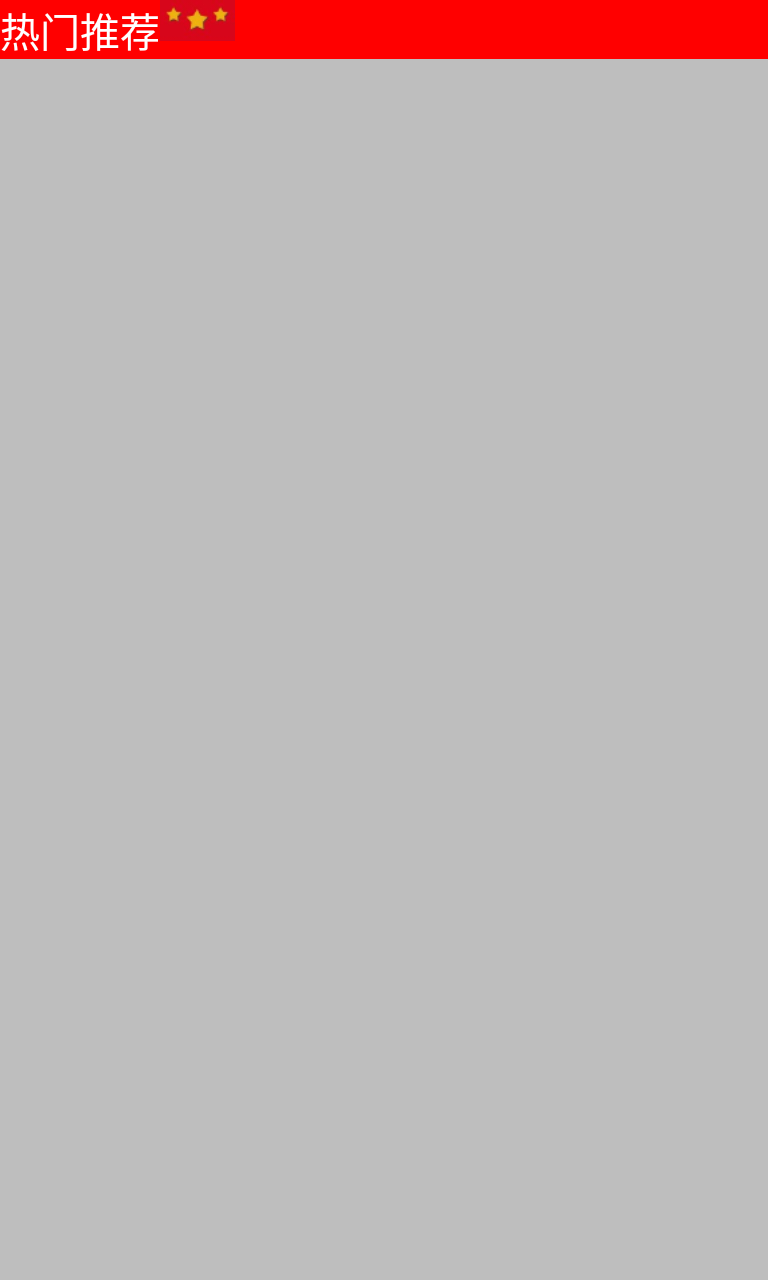
Repository: hhxiaojQCS/QCS_ListView
Layout: QCS/res/layout/activity_toprecommended.xml
The author's editor kept a copy of each file at every save. The layout is drawn from the files as they stood at one save, then again after the next save.
It is drawn on a 768 x 1280 px phone screen (xhdpi) without system bars, with theme AppTheme; the app's code is not run. Lists and similar views that code fills are empty.

Above is the layout before, as saved 2013-08-07 06:42:15.

After the next save:
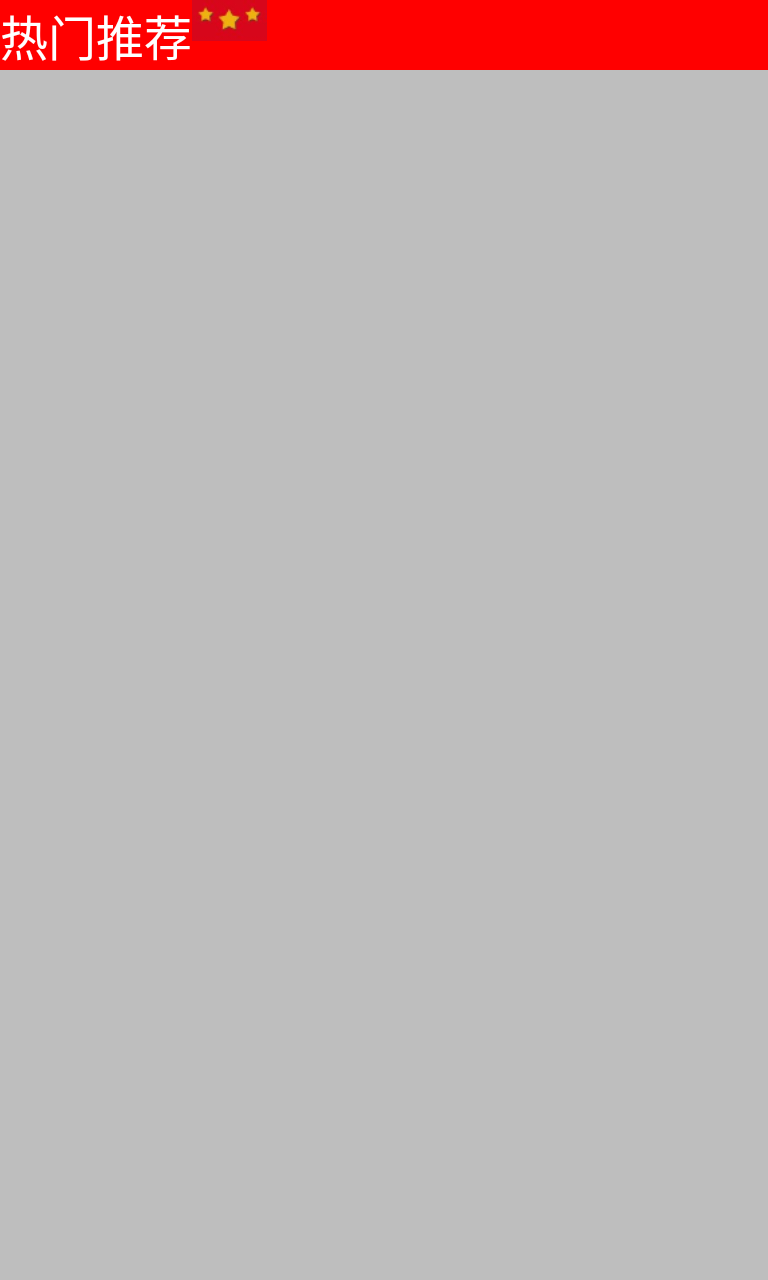
Saved 23 s later.
--- a/QCS/res/layout/activity_toprecommended.xml
+++ b/QCS/res/layout/activity_toprecommended.xml
@@ -20,7 +20,7 @@
             android:layout_height="wrap_content"
             android:text="热门推荐"
             android:textColor="#FFFFFF"
-            android:textSize="20sp" />
+            android:textSize="24sp" />
 
        <ImageView
            android:id="@+id/imgv01"
